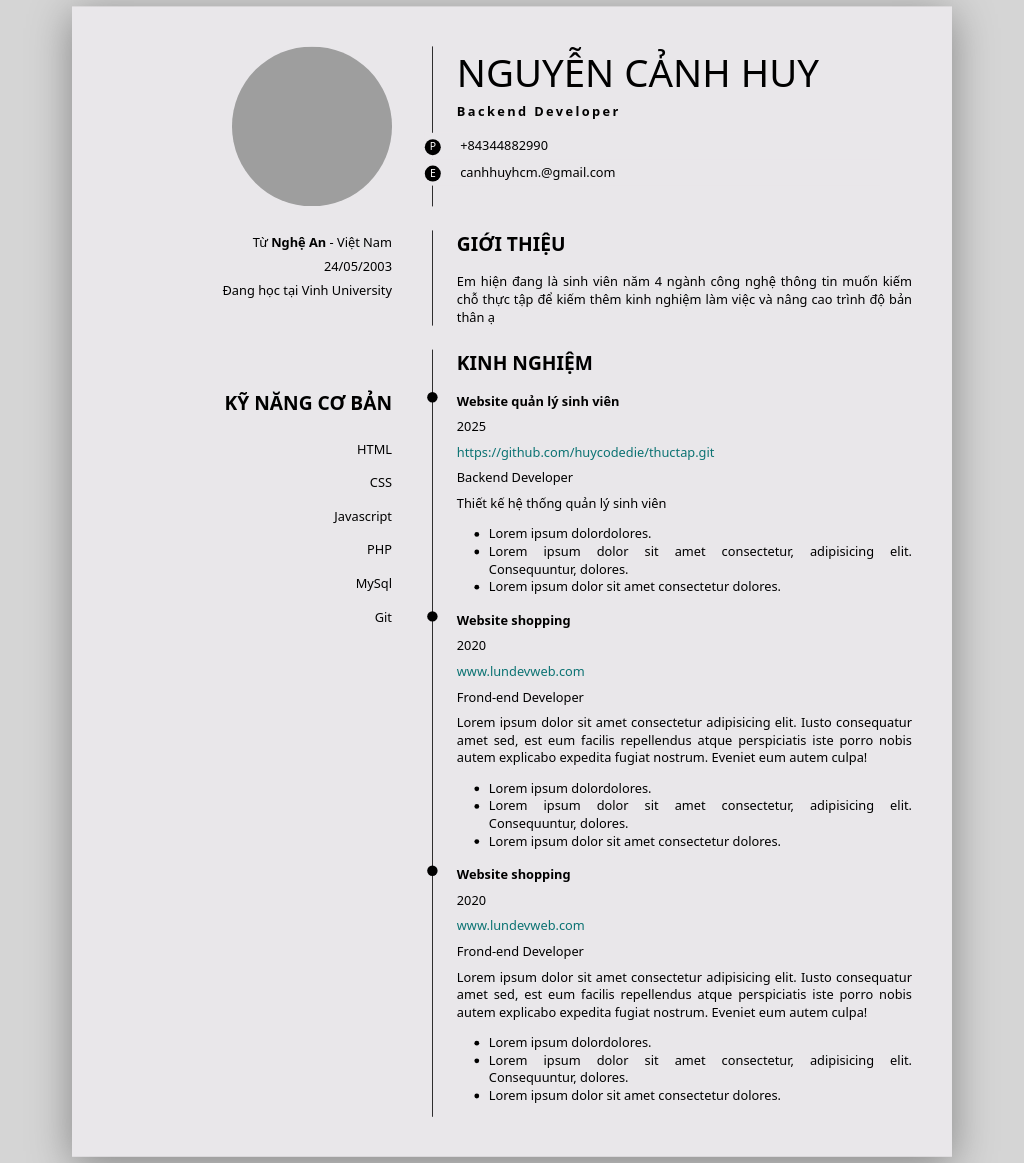
Repository: huycodedie/cv-intern
Page: index.html
These files come from the project's save history. The page is drawn as it stood at one moment and after the next save; the edit follows.
The browser window is 1280 px wide. The pictures show the whole page, at 80% of full size.
Pictures or frames that could not be fetched are drawn as grey boxes.

Above is the page before, as saved 2025-07-05 23:36:53.

After the next save:
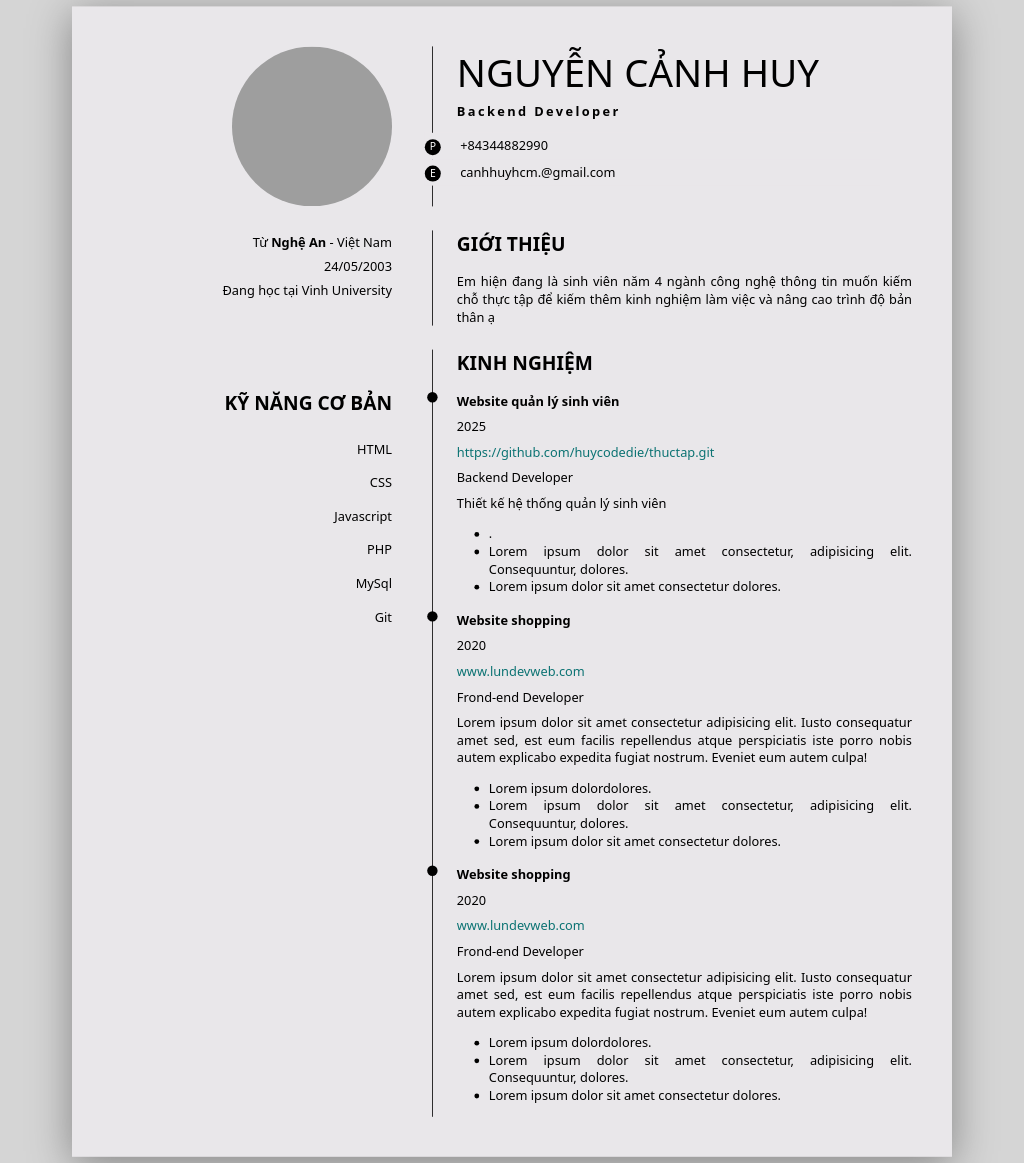
Saved 40 s later.
--- a/index.html
+++ b/index.html
@@ -67,7 +67,7 @@
                 <div class="des">
                     Thiết kế hệ thống quản lý sinh viên
                     <ul>
-                        <li>Lorem ipsum dolordolores.</li>
+                        <li>.</li>
                         <li>Lorem ipsum dolor sit amet consectetur, adipisicing elit. Consequuntur, dolores.</li>
                         <li>Lorem ipsum dolor sit amet consectetur dolores.</li>
                     </ul>
